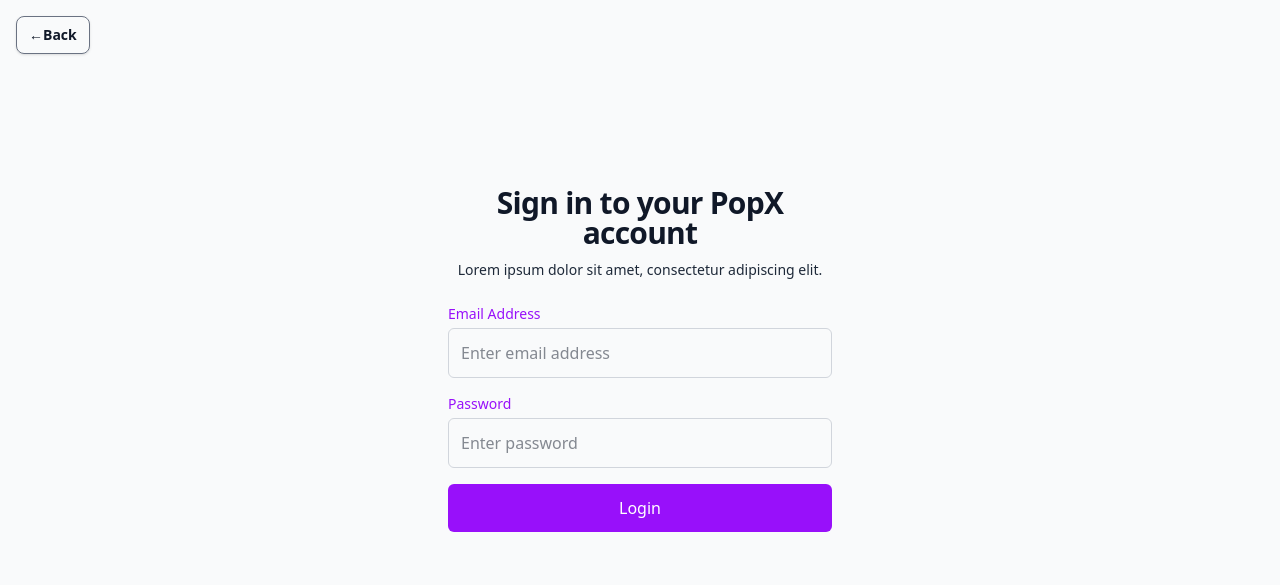
Repository: tanayburbure/inter
Page: /login
An editor plug-in stored every save of this project. The page is shown before and after the next save, followed by the edit.
The browser window is 1280 px wide. The pictures show the whole page.
The project was rebuilt for these pictures with package versions that can differ from the ones it lists, and the page was loaded fresh each time. Also part of the build but not shown: vite.config.js, src/pages/Welcome.jsx, src/pages/Signup.jsx, src/pages/Account.jsx.

Above is the page before, as saved 2025-06-17 23:02:46.

After the next save:
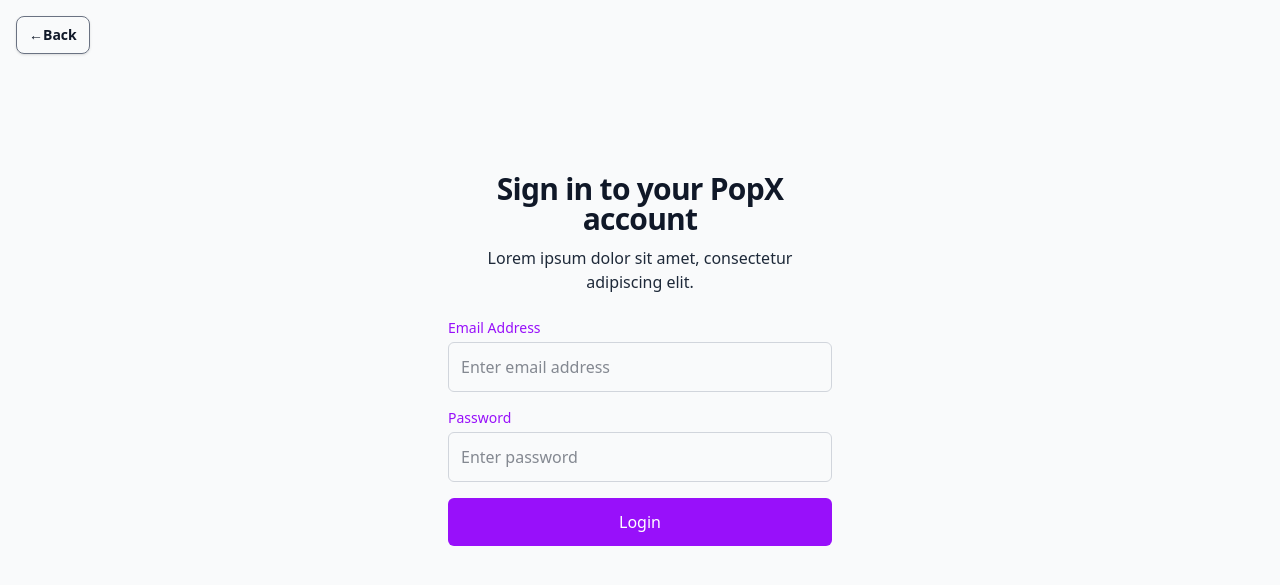
Saved 8 s later.
--- a/src/pages/Login.jsx
+++ b/src/pages/Login.jsx
@@ -32,7 +32,7 @@
       <div className="w-full max-w-sm space-y-6">
         <div>
           <h2 className="text-center text-3xl leading-none font-bold tracking-tight">Sign in to your PopX account</h2>
-          <p className="mt-3 text-center text-sm text-gray-800">
+          <p className="mt-3 text-center text-md text-gray-800">
             Lorem ipsum dolor sit amet, consectetur adipiscing elit.
           </p>
         </div>
